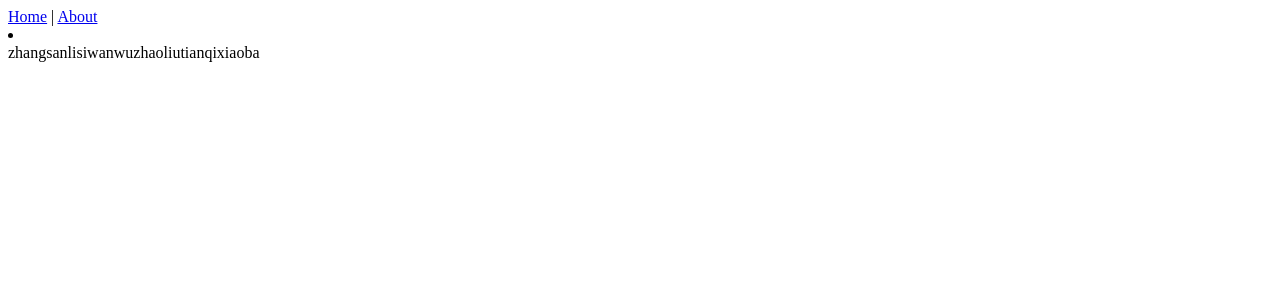
Repository: 572031690/newvue
Page: / (app in newdemo/)
The author's editor kept a copy of each file at every save. The page is drawn from the files as they stood at one save, then again after the next save.
The browser window is 1280 px wide. The pictures show the whole page.
The project was rebuilt for these pictures with package versions that can differ from the ones it lists, and the page was loaded fresh each time. Also part of the build but not shown: newdemo/vue.config.js.

Above is the page before, as saved 2021-07-30 18:44:46.

After the next save:
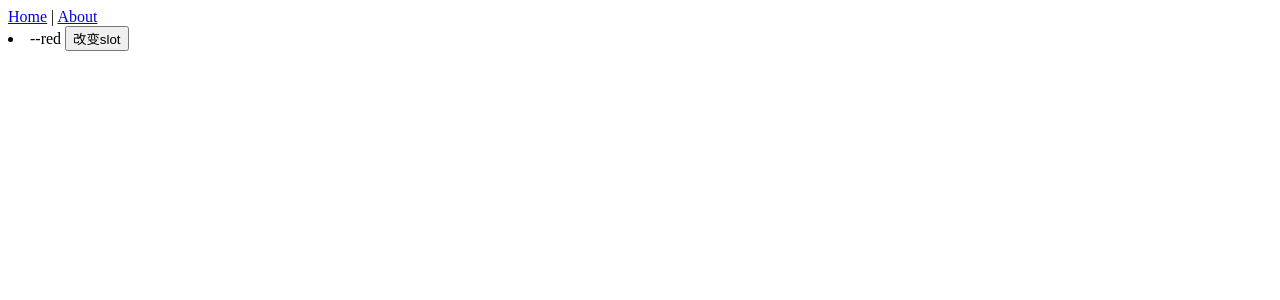
Saved 40 s later.
--- a/newdemo/src/components/HelloWorld.vue
+++ b/newdemo/src/components/HelloWorld.vue
@@ -1,11 +1,11 @@
 <template>
   <div class="hello">
     <li>
-        <!-- --{{$attrs.color}}
-        <slot name="app" :data="data"></slot>
-        <button @click="changeSlot">改变slot</button> -->
+        --{{$attrs.color}}
+        <slot name="app" :data="data1"></slot>
+        <button @click="changeSlot">改变slot</button>
         <!-- // 作用域插槽 -->
-        <slot :data="data"></slot>
+        <!-- <slot :data="data"></slot> -->
     </li>
   </div>
 </template>
@@ -24,7 +24,7 @@ export default {
   },
   data() {
     return {
-      data: ['zhangsan','lisi','wanwu','zhaoliu','tianqi','xiaoba']
+      data1: ['zhangsan','lisi','wanwu','zhaoliu','tianqi','xiaoba']
     }
   }
 }
